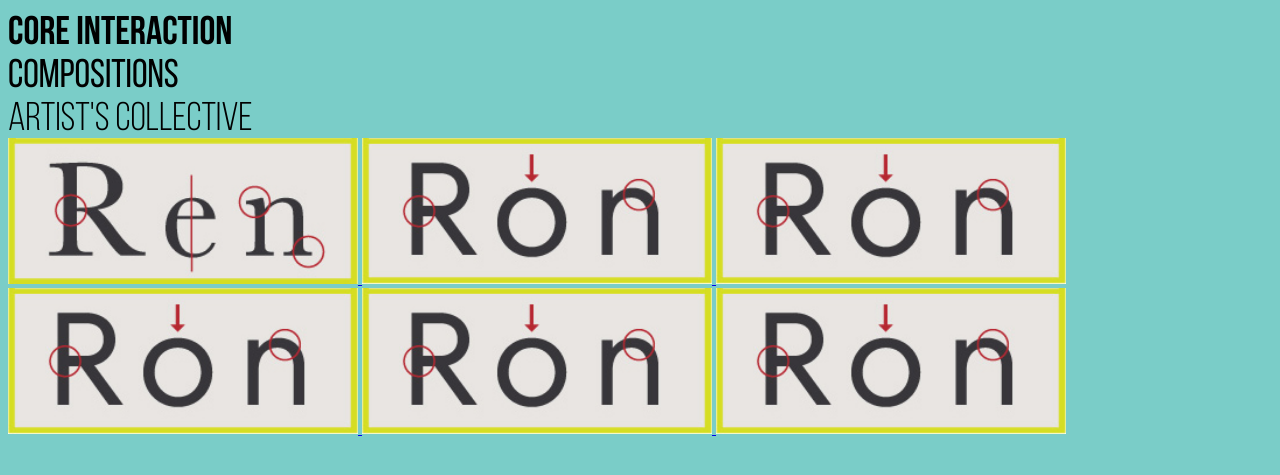
Repository: diasm568/diasm568.github.io
Page: lab/archive/index.html
The author's editor kept a record of every edit. The page is drawn from the files as they stood at one moment, then again after the next edit.
The browser window is 1280 px wide. The pictures show the whole page.

Above is the page before.

After the next edit:
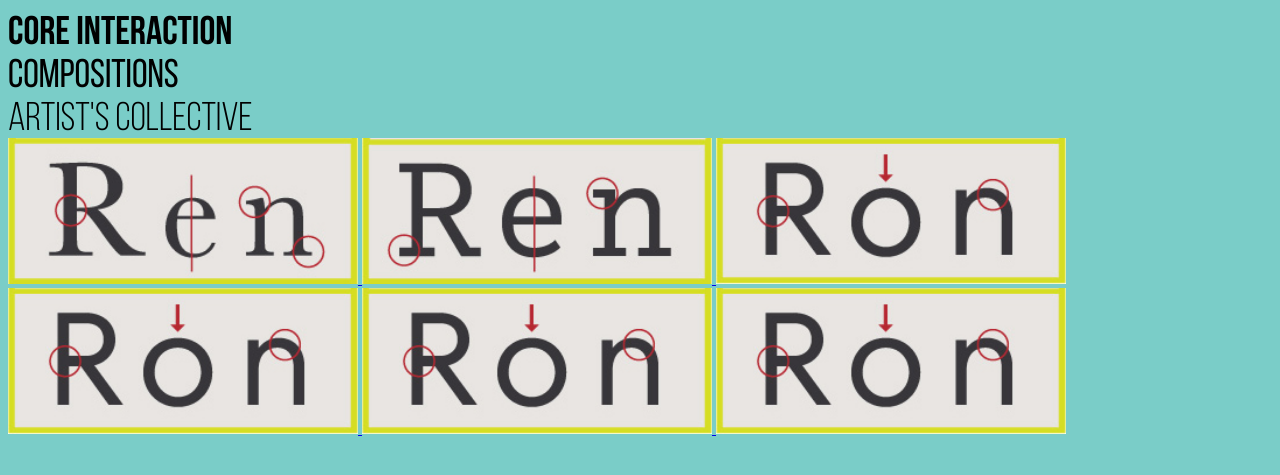
The edit:
--- a/lab/archive/index.html
+++ b/lab/archive/index.html
@@ -24,8 +24,8 @@
         <img src="transitional.jpg" alt="home" style="width:350px;height:146px">
     </a>
 
-    <a href="#geometric" class= "post" style= top:10px;>
-        <img src="geometric.jpg" alt="home" style="width:350px;height:146px">
+    <a href="#slab" class= "post" style= top:10px;>
+        <img src="slab.jpg" alt="home" style="width:350px;height:146px">
     </a>
 
     <a href="#geometric" class= "post" style= top:10px;>
